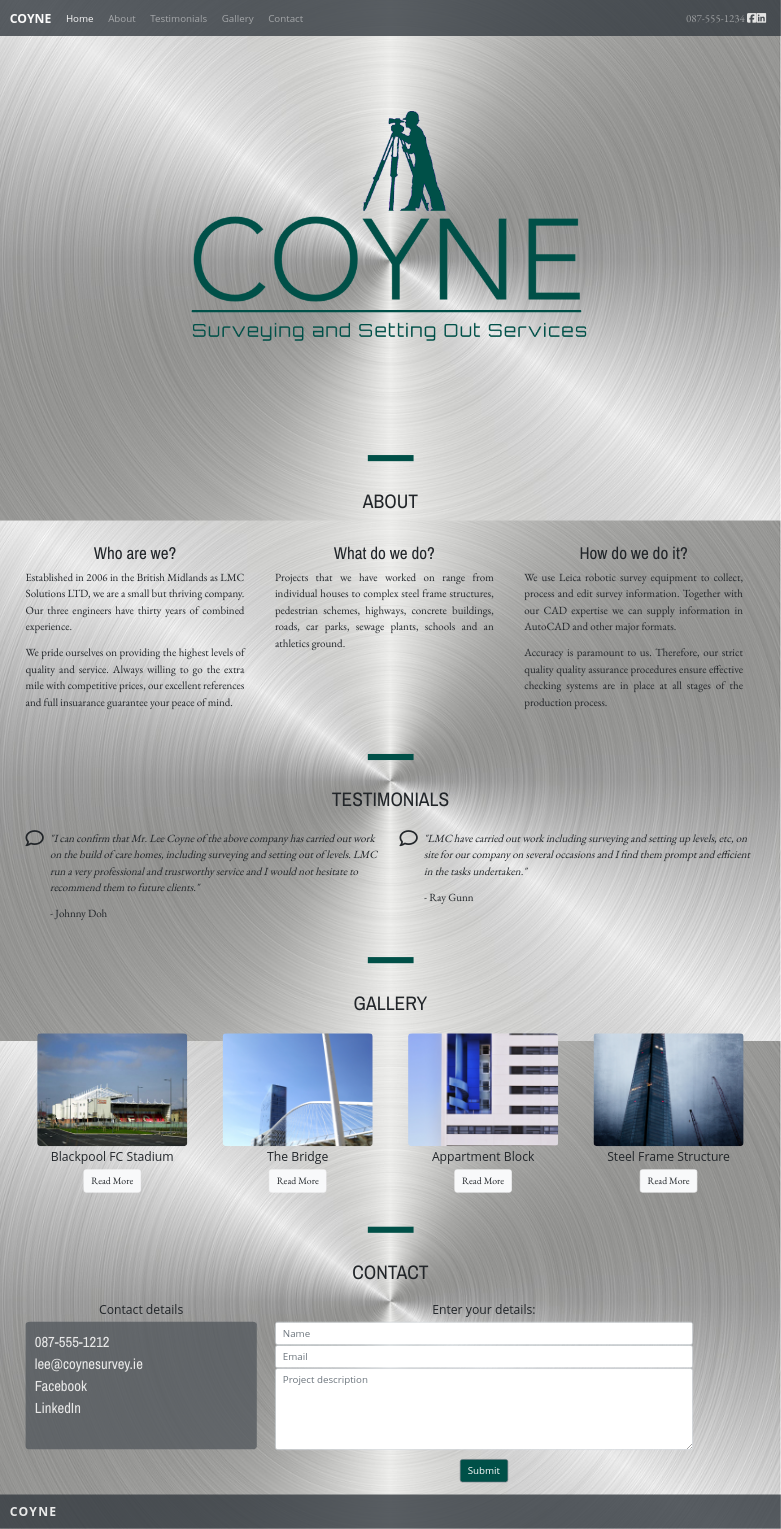
Repository: Leo-Cullen/first-milestone-project
Page: index.html
The author's editor kept a record of every edit. The page is drawn from the files as they stood at one moment, then again after the next edit.
The browser window is 1280 px wide. The pictures show the whole page, at 61% of full size.
Backgrounds fixed to the window are drawn as part of the page. Some web libraries are served in a nearby version.

Above is the page before.

### index.html
<!DOCTYPE html>
<html lang="en">

<head>
    <meta charset="UTF-8">
    <meta name="viewport" content="width=device-width, initial-scale=1.0">
    <meta http-equiv="X-UA-Compatible" content="ie=edge">
    <link rel="stylesheet" href="https://stackpath.bootstrapcdn.com/bootstrap/4.3.1/css/bootstrap.min.css" integrity="sha384-ggOyR0iXCbMQv3Xipma34MD+dH/1fQ784/j6cY/iJTQUOhcWr7x9JvoRxT2MZw1T" crossorigin="anonymous">
    <link href="https://fonts.googleapis.com/css?family=Archivo+Narrow|EB+Garamond&display=swap" rel="stylesheet">
    <link rel="stylesheet" href="assets/css/style.css" type="text/css" />
    <title>Coyne | Surveying and setting out services</title>
    <script src="https://kit.fontawesome.com/c525f812d6.js"></script>
</head>

<body>

    <nav class="navbar top-navbar navbar-expand-sm navbar-dark bg-dark fixed-top">
        <a class="navbar-brand" href="#"> COYNE </a>

        <button class="navbar-toggler" type="button" data-toggle="collapse" data-target="#navbarNav" aria-controls="navbarNav" aria-expanded="false" aria-label="Toggle navigation">
            <span class="navbar-toggler-icon"></span>
        </button>
        <div class="collapse navbar-collapse" id="navbarNav">
            <ul class="navbar-nav mr-auto">
                <li class="nav-item active">
                    <a class="active nav-link mr-2" href="#">Home <span class="sr-only">(current)</span></a>
                </li>
                <li class="nav-item mr-2">
                    <a class="nav-link" href="#about">About</a>
                </li>
                <li class="nav-item mr-2">
                    <a class="nav-link" href="#testimonials">Testimonials</a>
                </li>
                <li class="nav-item mr-2">
                    <a class="nav-link" href="#gallery-anchor">Gallery</a>
                </li>
                <li class="nav-item mr-2">
                    <a class="nav-link" href="#contact">Contact</a>
                </li>
            </ul>
            <div class="d-none d-md-block">
                <p class="navbar-text my-auto mr-2">087-555-1234 <i class="fab fa-facebook-square icon"></i><i class="fab fa-linkedin icon"></i></p>
            </div>
        </div>
    </nav>

    <div class="container-fluid  splash-container">
        <div class="row">
            <div class="col-12">
                <section class="splash jumbotron">
                    <img src="assets/images/coyne-logo.png" width="100%" height="100%" style="margin-top:100px" />
                    <!--  -->
                </section>
            </div>
        </div>
    </div>

    <div class="container-fluid about-container content-container">
        <!-- About section -->
        <hr id="about" />
        <section class="about-section">
            <div class="row">
                <div class="col-12 page-header">
                    <h2 class="text-uppercase section-heading">About</h2>
                </div>
            </div>
            <div class="row">
                <div class="col-12 col-md-6 col-lg-4">
                    <div class="about-col">
                        <h3 class="about-heading">Who are we?</h3>
                        <p>Established in 2006 in the British Midlands as LMC Solutions LTD, we are a small but thriving company. Our three engineers have thirty years of combined experience.</p>
                        <p>We pride ourselves on providing the highest levels of quality and service. Always willing to go the extra mile with competitive prices, our excellent references and full insuarance guarantee your peace of mind.</p>
                    </div>
                </div>
                <div class="col-12 col-md-6 col-lg-4">
                    <div class="about-col">
                        <h3 class="about-heading">What do we do?</h3>
                        <p>Projects that we have worked on range from individual houses to complex steel frame structures, pedestrian schemes, highways, concrete buildings, roads, car parks, sewage plants, schools and an athletics ground.</p>
                    </div>
                </div>
                <div class="col-12 col-md-6 col-lg-4">
                    <div class="about-col">
                        <h3 class="about-heading">How do we do it?</h3>
                        <p>We use Leica robotic survey equipment to collect, process and edit survey information. Together with our CAD expertise we can supply information in AutoCAD and other major formats.</p>
                        <p>Accuracy is paramount to us. Therefore, our strict quality quality assurance procedures ensure effective checking systems are in place at all stages of the production process.</p>
                    </div>
                </div>
            </div>
        </section>
        <!-- / About section -->
    </div>
    <!-- / About container -->

    <div class="container-fluid testimonials-container content-container">
        <!-- Testimonials section -->
        <hr id="testimonials" />
        <section class="testimonials">
            <div class="row">
                <div class="col-12 page-header">
                    <h2 class="text-uppercase section-heading">Testimonials</h2>
                </div>
            </div>
            <div class="row">
                <div class="col-12 col-md-6">
                    <div class="media">
                        <i class="far fa-comment" class="mr-3"></i>
                        <blockquote class="blockquote">
                            <p class="quote">"I can confirm that Mr. Lee Coyne of the above company has carried out work on the build of care homes, including surveying and setting out of levels. LMC run a very professional and trustworthy service and I would not hesitate
                                to recommend them to future clients."</p>
                            <p>- Johnny Doh</p>
                        </blockquote>
                    </div>
                </div>
                <div class="col-12 col-md-6">
                    <div class="media">
                        <i class="far fa-comment" class="mr-3"></i>
                        <blockquote class="blockquote">
                            <p class="quote">"LMC have carried out work including surveying and setting up levels, etc, on site for our company on several occasions and I find them prompt and efficient in the tasks undertaken."</p>
                            <p>- Ray Gunn</p>
                        </blockquote>
                    </div>
                </div>
            </div>
        </section>
        <!-- / Testimonials section -->
    </div>
    <!-- / Testimonials container -->

    <!-- Gallery container -->
    <div class="container-fluid gallery-container content-container">
        <hr id="gallery-anchor" />
        <section class="gallery">
            <div class="row">
                <div class="col-12 page-header">
                    <h2 class="text-uppercase section-heading">Gallery</h2>
                </div>
            </div>
            <div class="row">
                <div class="col-md-6 col-xl-3">
                    <img class="img-responsive" src="assets/images/blackpool-fc.jpg" />
                    <h5>Blackpool FC Stadium</h5>
                    <p><a class="btn btn-small btn-light" href="#">Read More</a></p>
                </div>
                <div class="col-md-6 col-xl-3">
                    <img class="img-responsive" src="assets/images/bridge-640x480.jpg" />
                    <h5>The Bridge</h5>
                    <p><a class="btn btn-small btn-light" href="#">Read More</a></p>
                </div>
                <div class="col-md-6 col-xl-3">
                    <img class="img-responsive" src="assets/images/appartments-640x480.jpg" />
                    <h5>Appartment Block</h5>
                    <p><a class="btn btn-small btn-light" href="#">Read More</a></p>
                </div>
                <div class="col-md-6 col-xl-3">
                    <img class="img-responsive" src="assets/images/skyscraper-640x480.jpg" />
                    <h5>Steel Frame Structure</h5>
                    <p><a class="btn btn-small btn-light" href="#">Read More</a></p>
                </div>
            </div>
        </section>
    </div>
    <!-- / Gallery container -->

    <!-- Contact container -->
    <div class="container-fluid contact-container content-container">
        <hr id="contact" />
        <section class="contact-section">
            <div class="row">
                <div class="col-12 page-header">
                    <h2 class="text-uppercase section-heading">CONTACT</h2>
                </div>
            </div>
            <div class="row bg-color-contact">

                <div class="col-md-4">
                    <h5 class="uppercase text-center">Contact details</h5>
                    <div class="contact-details">
                        <span>087-555-1212</span>
                        <span>lee@coynesurvey.ie</span>
                        <span><a class="contact-link" href="https://www.facebook.com" target="_blank">Facebook</a></span>
                        <span><a class="contact-link" href="https://www.linkedin.com" target="_blank">LinkedIn</a></span>
                    </div>

                </div>
                <div class="col-md-7 center-form">
                    <h5 class="uppercase text-center">Enter your details:</h5>
                    <form>
                        <input type="text" name="name" id="fullname" class="form-control" placeholder="Name" required />
                        <input type="email" name="email" id="emailaddress" class="form-control" placeholder="Email" required />
                        <textarea rows="5" name="projectsummary" id="projectsummary" class="form-control" placeholder="Project description" required></textarea>
                        <div class="form-row text-center">
                            <div class="col">
                                <button type="submit" class="btn btn-secondary">Submit</button>
                            </div>
                        </div>
                    </form>
                </div>
            </div>

        </section>
    </div>
    <!-- / Contact container -->

    <!-- Footer -->
    <nav class="navbar bottom-navbar navbar-expand-sm navbar-dark bg-dark">
        <a class="navbar-brand" href="#">COYNE</a>
    <!-- / Footer -->

    <script src="https://code.jquery.com/jquery-3.3.1.slim.min.js" integrity="sha384-q8i/X+965DzO0rT7abK41JStQIAqVgRVzpbzo5smXKp4YfRvH+8abtTE1Pi6jizo" crossorigin="anonymous"></script>
    <script src="https://cdnjs.cloudflare.com/ajax/libs/popper.js/1.14.7/umd/popper.min.js" integrity="sha384-UO2eT0CpHqdSJQ6hJty5KVphtPhzWj9WO1clHTMGa3JDZwrnQq4sF86dIHNDz0W1" crossorigin="anonymous"></script>
    <script src="https://stackpath.bootstrapcdn.com/bootstrap/4.3.1/js/bootstrap.min.js" integrity="sha384-JjSmVgyd0p3pXB1rRibZUAYoIIy6OrQ6VrjIEaFf/nJGzIxFDsf4x0xIM+B07jRM" crossorigin="anonymous"></script>

</body>

</html>

### assets/css/style.css
/*body,html {
    height: 100%;
    width:100%;
    margin: 0px;
}
*/
body {
    font-family: "Open Sans", sans-serif;
    background: url(../images/circular-metal-960x720.jpg) no-repeat center center fixed;
    -webkit-background-size: cover;
    -moz-background-size: cover;
    -o-background-size: cover;
    background-size: cover;


    overflow-x: hidden; /* remove horizontal scrollbar */
}

h1,h2,h3 {
    font-family: 'Archivo Narrow', sans-serif;
}

p {
    font-family: 'EB Garamond', serif;
    font-size: large;
}

/*------------------------------------------------------------------- navbar */

.navbar {
    opacity: 0.8;
}

.navbar-brand {
    font-weight: bold;
}

.top-navbar i {
    font-size: large;
    color: #f8f8f8;
}

.top-navbar i:hover {
    font-weight: bold;
    color: #999c9d !important;
}

.navbar-toggler {
    background-color: #005048;
}


/*-------------------------------------------------------------------general styles */

.page-header {
    margin-top: 0;
    margin-bottom: 0;
    text-align: center;
}

.page-header h2 {
    margin-top: 30px;
    margin-bottom: 30px;
}

hr {
    width: 75px;
    height: 10px;
    border: 0;
    background-color: #005048; /* dark green */
}

.section-heading {
    text-align: center;
}

.content-container {
    margin-bottom: 20px;
    margin: 0 auto;
    max-width: 95%; /* keep all content within screen  */
}

/*------------------------------------------------------------------- splash */

.splash-container {
     height: 100vh;
    display: flex;
    align-items: center;
    justify-content: center;
    position: relative;
}


.jumbotron {
   background-color: transparent;
   margin: 0;
}

/*------------------------------------------------------------------- about */

.about-container {
    margin-top: 00px;
    padding: 10px;
}

.about-col {
    padding-top: 20px;
    padding-right: 20px;
}

.about-heading {
    text-align: center;
}

.about-col p {
    text-align: justify;
}

/*-------------------------------------------------------------------testimonials */

.testimonials-container {
    margin-top: 20px;
    padding: 10px;
}

.quote {
    font-style: italic;
}

.testimonials i {
    font-size: 30px;
    margin-right: 10px;
}

/*-------------------------------------------------------------------gallery */

.gallery-container {
    text-align: center;
}

.gallery-container img {
    border-radius: 3%;
    /* border: solid 3px #525252; */
}

.gallery-container h5 {
    padding-top: 6px;
}

.gallery-container p {
    margin-bottom: 30px;
}

/*-------------------------------------------------------------------contact */

.contact-container {
    padding: 10px;
    text-align: center;
    padding-bottom: 0;
}

.img-responsive {
    max-width: 90%;
}

.contact-container i {
    font-size: 20px;
}

.contact-container p {
    font-size: 24px;
    letter-spacing: 2px;
}

.contact-details {
    background-color: #555a5f;
    opacity: 0.8;
}

.center-form .contact-details {
    padding-top: 10px;
    margin: 0 auto;
    max-width: 65%;
}

.contact-details {
    border-radius: 2%;
    text-align: left;
    padding-left: 15px;
    padding-top: 15px;
    padding-bottom: 50px;
    color: #fff;

}

.contact-details span {
    display: block;
    padding: 0;
    font-family: 'Archivo Narrow', sans-serif;
    font-size: x-large;
}


.contact-details a {
    color: #fff;
}

.contact-details a:hover {
    color: #999c9d;
    text-decoration: none;
}

button[type="submit"] {
    margin-top: 15px;
    margin-bottom: 20px;
    background-color: #005048;
}

.bottom-navbar {
    margin: 0;
    letter-spacing: 2px;
    opacity: 0.8;
}

After the next edit:
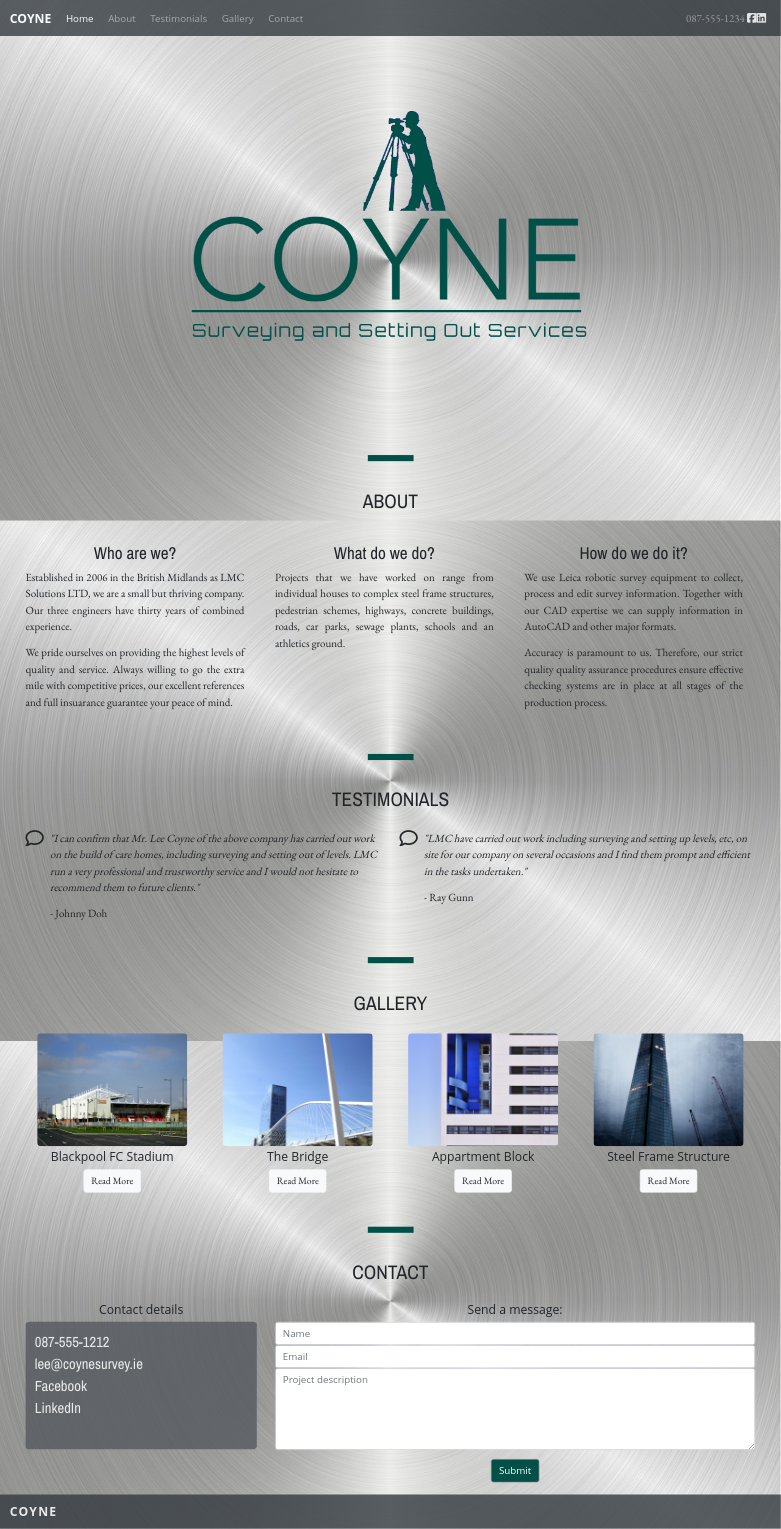
The edit:
--- a/index.html
+++ b/index.html
@@ -182,8 +182,8 @@
                     </div>
 
                 </div>
-                <div class="col-md-7 center-form">
-                    <h5 class="uppercase text-center">Enter your details:</h5>
+                <div class="col-md-8 center-form">
+                    <h5 class="uppercase text-center">Send a message:</h5>
                     <form>
                         <input type="text" name="name" id="fullname" class="form-control" placeholder="Name" required />
                         <input type="email" name="email" id="emailaddress" class="form-control" placeholder="Email" required />
